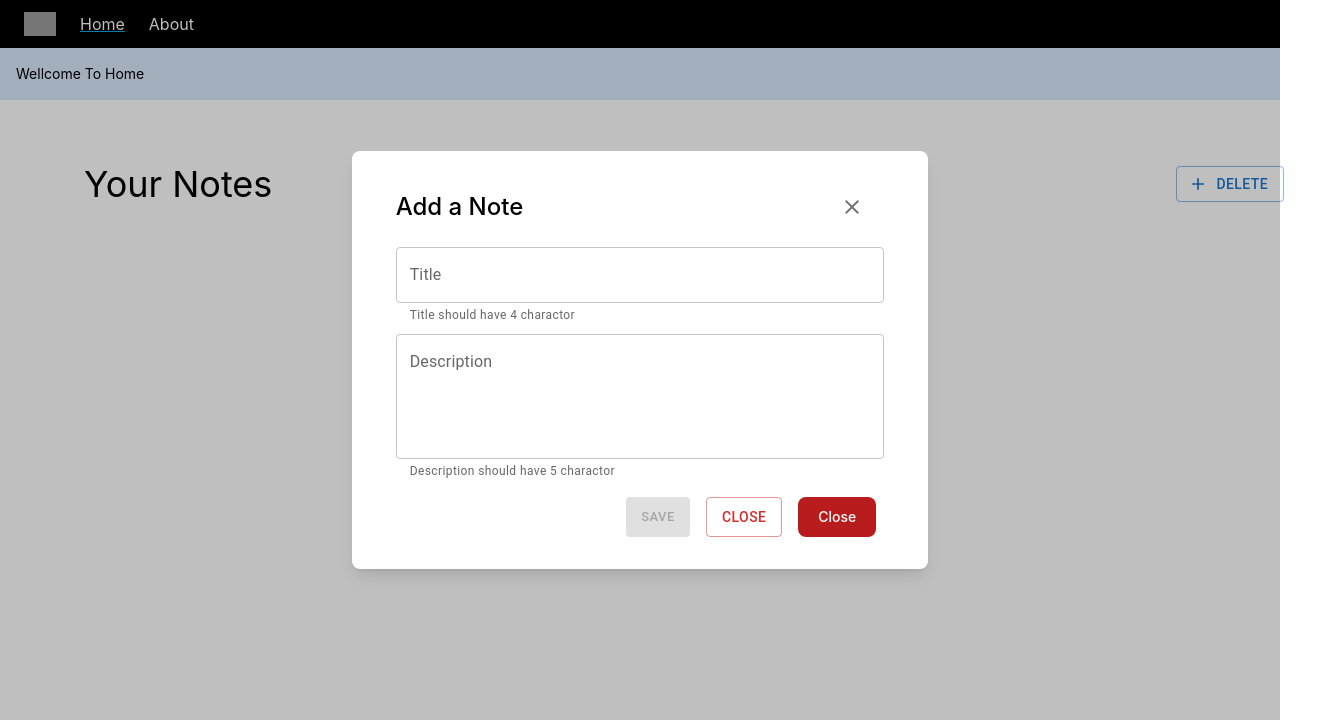
Repository: sonawaneteju4/iNote
Page: /, after clicking the first element matching `button.MuiButtonBase-root`
An editor plug-in stored every save of this project. The page is shown before and after the next save, followed by the edit.
The browser window is 1280 px wide. The page is 1324 px wide, so the pictures cover 1324 px, including what lies to the right of the window. The pictures show the whole page.
Pictures or frames that could not be fetched are drawn as grey boxes. The page's requests for data from a server got no answer. Some web libraries are served in a nearby version. The project was rebuilt for these pictures with package versions that can differ from the ones it lists, and the page was loaded fresh each time. No one was signed in, and anything a server would have sent is missing. Also part of the build but not shown: src/App.css, src/components/NoteCard.js, src/components/About.js.

Above is the page before, as saved 2022-10-12 01:01:09.

### public/index.html
<!DOCTYPE html>
<html lang="en">
  <head>
    <meta charset="utf-8" />
    <link rel="icon" href="%PUBLIC_URL%/favicon.ico" />
    <meta name="viewport" content="width=device-width, initial-scale=1" />
    <meta name="theme-color" content="#000000" />
    <meta
      name="description"
      content="Web site created using create-react-app"
    />
    <link rel="apple-touch-icon" href="%PUBLIC_URL%/logo192.png" />

    <link rel="manifest" href="%PUBLIC_URL%/manifest.json" />

    <title>iNote - Secured Notes On Cloud</title>
  </head>
  <body>
    <noscript>You need to enable JavaScript to run this app.</noscript>
    <script src="https://kit.fontawesome.com/61d960ae85.js" crossorigin="anonymous"></script>
    <div id="root"></div>
  </body>
</html>

### src/App.js
import "./App.css";
import { BrowserRouter, Routes, Route } from "react-router-dom";
import Navbar from "./components/Navbar";
import Home from "./components/Home";
import About from "./components/About";
import NoteState from "./context/notes/NoteAPIs";
import Alert from "./components/Alert";

function App() {
  return (
    <>
      <NoteState>
        <BrowserRouter>
          <Navbar />
          <Alert message="Wellcome To Home"/>
          <div className="container m-11">

          <Routes>
            <Route exact path="/" element={<Home />}></Route>
            <Route exact path="/about" element={<About />}></Route>
          </Routes>
          </div>
        </BrowserRouter>
      </NoteState>
    </>
  );
}

export default App;

### src/components/Navbar.js
import React, {useEffect} from 'react'
import { Link, useLocation } from 'react-router-dom'

const Navbar = () => {
  let location = useLocation();
  useEffect(() => {

  }, [location])

  return (
    <nav className='flex bg-black text-white sticky top-0'>
        <ul className='flex m-3'>
            <li className='px-3'><Link to="/"><img alt="Logo" className='h-6' src='https://i.ibb.co/yyD6c8M/i-NOTE-3.png'></img></Link></li>
            <li className={`px-3  ${location.pathname==='/'? "underline decoration-sky-500": ""}`}><Link to="/">Home</Link></li>
            <li className={`px-3  ${location.pathname==='/about'? "underline decoration-sky-500": ""}`}><Link to="/about">About</Link></li>
        </ul>

    </nav>
  )
}

export default Navbar

### src/components/Home.js
import React from 'react'
// import NoteState from '../context/notes/NoteState';
import Notes from './AllNotes';

const Home = () => {

  return (
    <div className='mx-10'>
      <Notes />
    </div>

  )
}

export default Home

### src/context/notes/NoteAPIs.js
import NoteContext from "./NoteContext";
import { useState } from "react";

const NoteAPIs = (props) => {
  const host = "http://localhost:5000"
  const notesInitial = []
  const [notes, setNotes] = useState(notesInitial)

  // Get all Notes
  const getNotes = async () => {
    // API Call
    const response = await fetch(`${host}/api/notes/fetchallnotes`, {
      method: 'GET',
      headers: {
        'Content-Type': 'application/json',
        "auth-token": "eyJhbGciOiJIUzI1NiIsInR5cCI6IkpXVCJ9.eyJ1c2VyIjp7ImlkIjoiNjM0MDJkNzU1M2FmOTliMGVlZjI2NTM0In0sImlhdCI6MTY2NTE1MDMyNX0.21oCHuWw9znwAh1XjjmkspjjhwBbkDeEM_QBgueLQc0"
      }
    });
    const json = await response.json()
    // console.log(json)
    setNotes(json)
  }

  // Add a Note
  const addNote = async (title, description, tag) => {
    // TODO: API Call
    // API Call
    const response = await fetch(`${host}/api/notes/addnote`, {
      method: 'POST',
      headers: {
        'Content-Type': 'application/json',
        "auth-token": "eyJhbGciOiJIUzI1NiIsInR5cCI6IkpXVCJ9.eyJ1c2VyIjp7ImlkIjoiNjM0MDJkNzU1M2FmOTliMGVlZjI2NTM0In0sImlhdCI6MTY2NTE1MDMyNX0.21oCHuWw9znwAh1XjjmkspjjhwBbkDeEM_QBgueLQc0"
      },
      body: JSON.stringify({title, description, tag})
    }).then(async (res) =>{
      if(res.status === 200){

        console.log("Note Saved Successful")
      }
      else{
        console.log("Failed to Save note")
      }
    });

    // console.log("Adding a new note")
    const note = {
      "_id": "61322f119553781a8ca8d0e08",
      "user": "6131dc5e3e4037cd4734a0664",
      "title": title,
      "description": description,
      "tag": tag,
      "date": "2021-09-03T14:20:09.668Z",
      "__v": 0
    };
    setNotes(notes.concat(note))
  }

  // Delete a Note
  const deleteNote = (id) => {
    // TODO: API Call
    console.log("Deleting the note with id" + id);
    const newNotes = notes.filter((note) => { return note._id !== id })
    setNotes(newNotes)
  }
  // Edit a Note
  const editNote = async (id, title, description, tag) => {
    // API Call
    const response = await fetch(`${host}/api/notes/updatenote/${id}`, {
      method: 'POST',
      headers: {
        'Content-Type': 'application/json',
        "auth-token": "eyJhbGciOiJIUzI1NiIsInR5cCI6IkpXVCJ9.eyJ1c2VyIjp7ImlkIjoiNjM0MDJkNzU1M2FmOTliMGVlZjI2NTM0In0sImlhdCI6MTY2NTE1MDMyNX0.21oCHuWw9znwAh1XjjmkspjjhwBbkDeEM_QBgueLQc0"
      },
      body: JSON.stringify({title, description, tag})
    });
    const json = response.json();
    console.log(json)

    // Logic to edit in client
    for (let index = 0; index < notes.length; index++) {
      const element = notes[index];
      if (element._id === id) {
        element.title = title;
        element.description = description;
        element.tag = tag;
      }

    }
  }

  return (
    <NoteContext.Provider value={{ notes, addNote, deleteNote, editNote, getNotes }}>
      {props.children}
    </NoteContext.Provider>
  )

}
export default NoteAPIs;

### src/components/Alert.js
import React from 'react'

const Alert = (props) => {
  return (
    <div className=''>
      <div className="flex p-4 mb-4 text-sm bg-blue-100 rounded-lgz text-black " role="alert">
  {props.message}
  </div>
    </div>
  )
}

export default Alert

### src/components/AllNotes.js
import React, { useState, useContext, useEffect } from "react";
import NoteContext from "../context/notes/NoteContext";
import NoteModal from "./NoteModal";
import NoteItem from "./NoteCard";
import Button from "@mui/material/Button";
import AddIcon from "@mui/icons-material/Add";

const Notes = () => {
  const context = useContext(NoteContext);
  const [showModal, setShowModal] = useState(false);
  const [showModalForUpdate, setShowModalForUpdate] = useState(false);
  const { notes, getNotes } = context;

  const [noteForUpdate, setNoteForUpdate] = useState();
  const forUpdate = true;
  useEffect(() => {
    getNotes();
  }, []);

  const updateNote = (n) => {
    setShowModalForUpdate(true);
    setNoteForUpdate(n);
  };

  return (
    <div>
      <div className="flex justify-between items-center">
        <h1 className="py-5 text-4xl">Your Notes</h1>
        <Button variant="outlined" className="border-2" startIcon={<AddIcon />} onClick={() => setShowModal(true)}>
          Delete
        </Button>
        {showModal && <NoteModal closeModal={setShowModal} />}
        {showModalForUpdate && (
          <NoteModal
            closeModal={setShowModalForUpdate}
            noteForUpdate={noteForUpdate}
            forUpdate={forUpdate}
          />
        )}
      </div>

      <div className="flex flex-wrap">
        {notes.map((note) => {
          return (
            <div key={note._id} onClick={() => updateNote(note)}>
              <NoteItem note={note} />
            </div>
          );
        })}
      </div>
    </div>
  );
};

export default Notes;

### src/components/NoteModal.js
import React, { useContext, useState } from "react";
import NoteContext from "../context/notes/NoteContext";
import TextField from "@mui/material/TextField";
import Stack from "@mui/material/Stack";

import IconButton from "@mui/material/IconButton";
import CloseIcon from "@mui/icons-material/Close";
import Button from "@mui/material/Button";

const AddNote = ({ closeModal, noteForUpdate, forUpdate }) => {
  const context = useContext(NoteContext);
  const { addNote } = context;

  const { deleteNote } = context;

  const [note, setnote] = useState({
    title: "",
    description: "",
    tag: "default",
  });
  const handleClick = (e) => {
    e.preventDefault();
    addNote(note.title, note.description, note.tag);
    console.log(addNote);
    closeModal(false);
  };
  const onChange = (e) => {
    setnote({ ...note, [e.target.name]: e.target.value });
  };

  console.log(noteForUpdate);

  const modalOperation = (forUpdate) => {
    if (forUpdate) {
      deleteNote(noteForUpdate._id);
      closeModal(false);
    } else {
      console.log("notforUpdate");

      closeModal(false);
    }
  };

  return (
    <>
      <div className="justify-center items-center flex overflow-x-hidden overflow-y-auto fixed inset-0 z-50 outline-none focus:outline-none">
        <div className="relative w-auto my-2 mx-auto max-w-3xl">
          <div className="border-0 rounded-lg shadow-lg relative flex flex-col w-full bg-white outline-none focus:outline-none">
            <div className="m-2 p-2">
              <div className="text-black">
                <div className="mx-5">
                  <div className="container ">
                    <Stack
                      component="form"
                      sx={{ "& button": { m: 1 }, width: "50ch", p: 1 }}
                      spacing={1}
                      noValidate
                      autoComplete="off"
                    >
                      <div className="flex justify-between items-center">
                        <h1 className="text-2xl font-medium">Add a Note</h1>
                        <IconButton
                          aria-label="delete"
                          size="large"
                          onClick={() => closeModal(false)}
                        >
                          <CloseIcon />
                        </IconButton>
                      </div>
                      <TextField
                        id="outlined-basic"
                        label="Title"
                        variant="outlined"
                        onChange={onChange}
                        name="title"
                        helperText="Title should have 4 charactor"
                        defaultValue={noteForUpdate ? noteForUpdate.title : ""}
                      />
                      <TextField
                        id="filled-multiline-static"
                        label="Description"
                        multiline
                        onChange={onChange}
                        rows={4}
                        name="description"
                        defaultValue={
                          noteForUpdate ? noteForUpdate.description : ""
                        }
                        helperText="Description should have 5 charactor"
                      />
                      <div className="flex justify-end">
                        <Button
                          variant="contained"
                          size="small"
                          onClick={handleClick}
                          type="submit"
                          disabled={
                            note.title.length < 4 || note.description.length < 5
                          }
                        >
                          {forUpdate ? "Update" : "Save"}
                        </Button>
                        <Button variant="outlined" color="error"                           onClick={() => modalOperation(forUpdate)}
>
                        {forUpdate ? "Delete" : "Close"}
                        </Button>
                        <button
                          onClick={() => modalOperation(forUpdate)}
                          type="close"
                          className="text-white bg-red-700 hover:bg-red-800 focus:ring-4 focus:outline-none focus:ring-red-300 font-medium rounded-lg text-sm w-full sm:w-auto px-5 py-2.5 text-center dark:bg-red-600 dark:hover:bg-red-700 dark:focus:ring-red-800"
                        >
                          {forUpdate ? "Delete" : "Close"}
                        </button>
                      </div>
                    </Stack>
                  </div>
                </div>
              </div>
            </div>
          </div>
        </div>
      </div>
      <div className="opacity-25 fixed inset-0 z-40 bg-black"></div>
    </>
  );
};

export default AddNote;

Loaded but not shown: src/index.js (common file); src/index.css (common file); src/context/notes/NoteContext.js (common file); tailwind.config.js (common file)

After the next save:
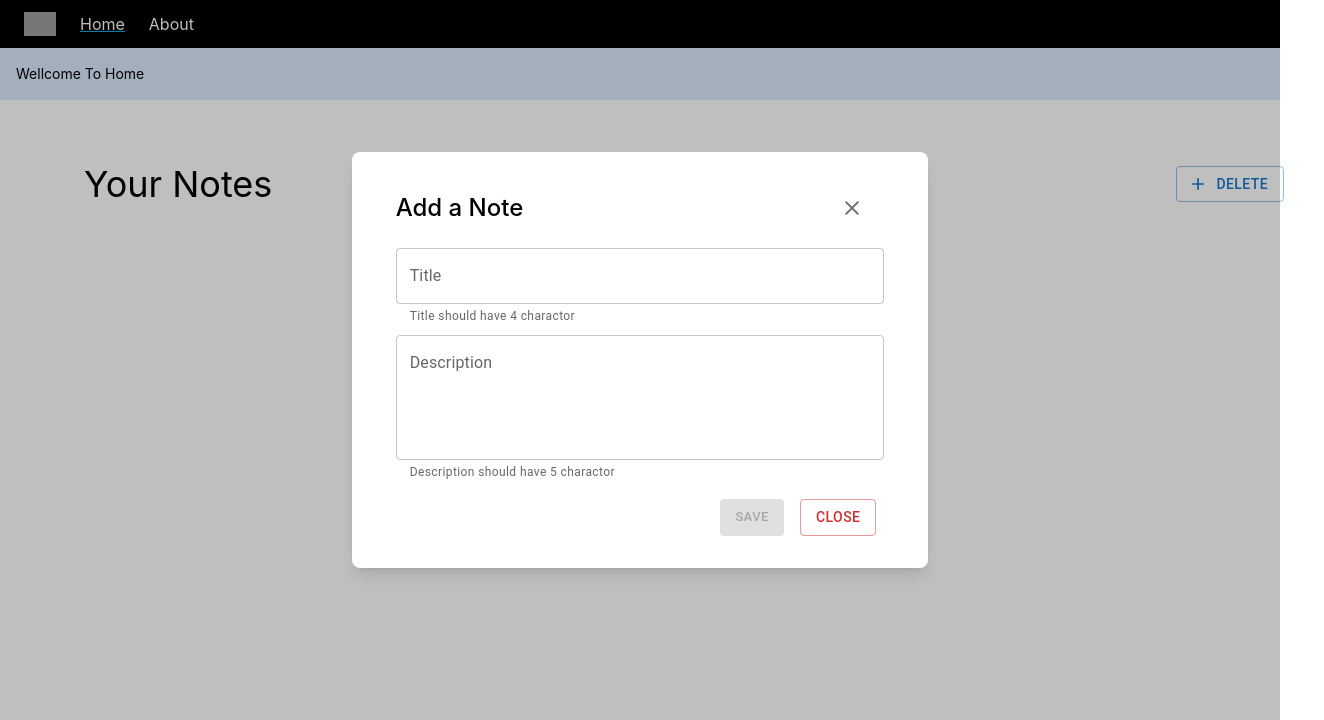
Saved 24 s later.
--- a/src/components/NoteModal.js
+++ b/src/components/NoteModal.js
@@ -104,13 +104,7 @@ const AddNote = ({ closeModal, noteForUpdate, forUpdate }) => {
 >
                         {forUpdate ? "Delete" : "Close"}
                         </Button>
-                        <button
-                          onClick={() => modalOperation(forUpdate)}
-                          type="close"
-                          className="text-white bg-red-700 hover:bg-red-800 focus:ring-4 focus:outline-none focus:ring-red-300 font-medium rounded-lg text-sm w-full sm:w-auto px-5 py-2.5 text-center dark:bg-red-600 dark:hover:bg-red-700 dark:focus:ring-red-800"
-                        >
-                          {forUpdate ? "Delete" : "Close"}
-                        </button>
+
                       </div>
                     </Stack>
                   </div>
